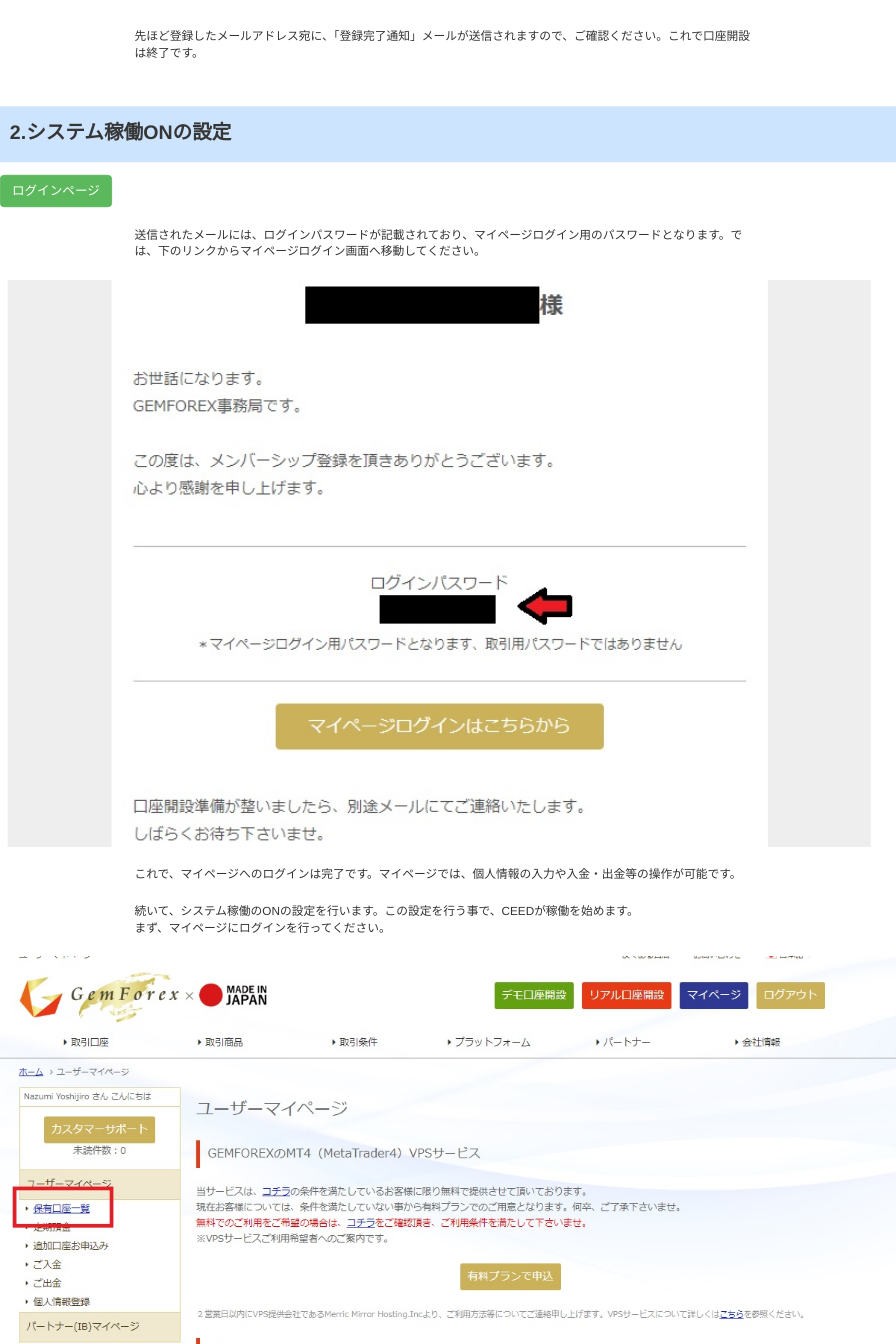
Repository: kkttuu1013/ProjectCeed
Page: http://localhost/start
The author's editor kept a record of every edit. The page is drawn from the files as they stood at one moment, then again after the next edit.
The browser window is 1280 px wide. The pictures show the part of the page from y = 2577 to 4497 px (the page is 11575 px tall before and 11511 px after), at 70% of full size.
Some web libraries are served in a nearby version. The page is served by the project's Node server (server.js).

Above is the page before.
Console error: ReferenceError: jQuery is not defined

After the next edit:
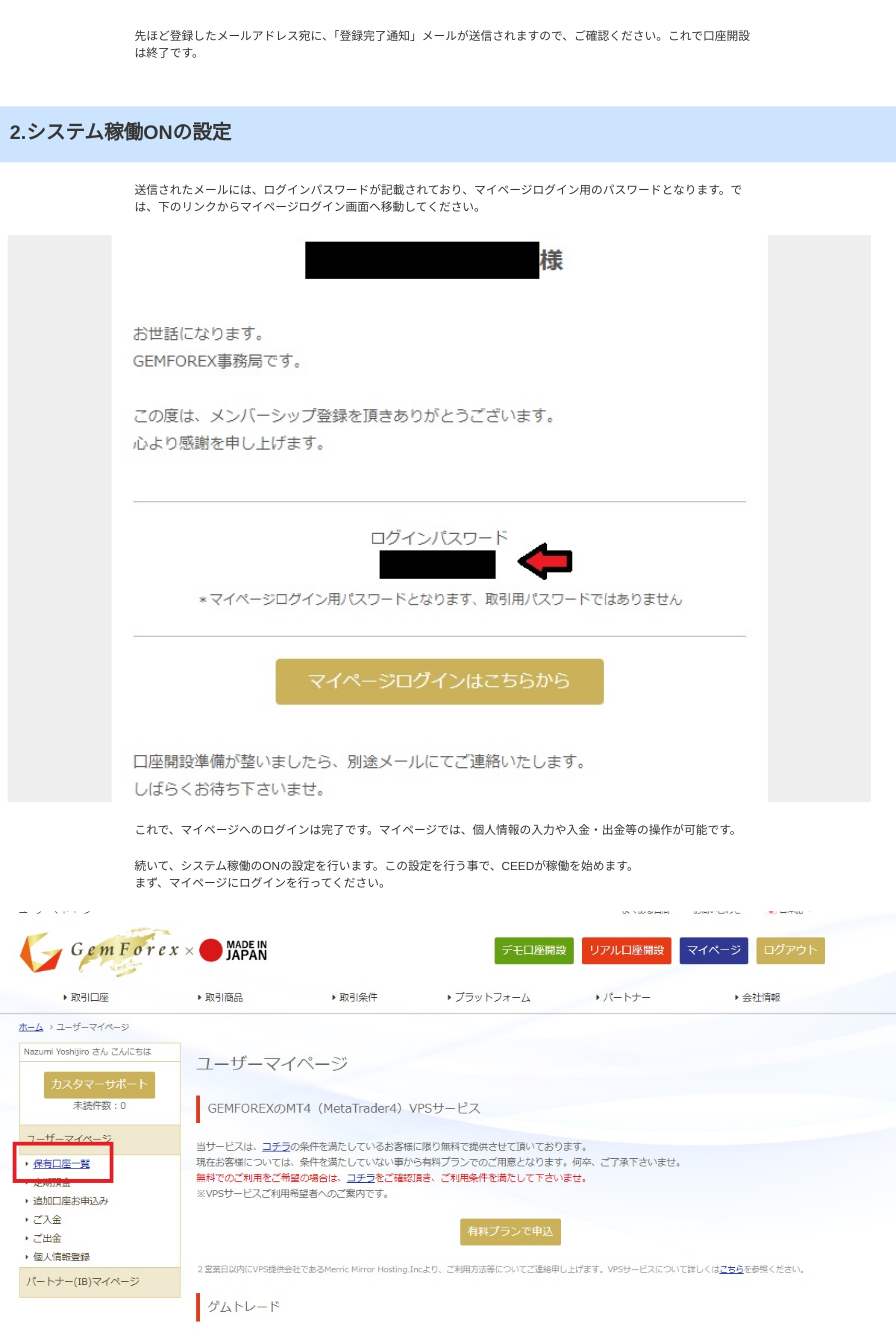
The edit:
--- a/views/start.ejs
+++ b/views/start.ejs
@@ -79,9 +79,7 @@
     <strong>2.システム稼働ONの設定</strong><br>
     </p>
     </div>
-    <a href='https://gforex.asia/login.php'>
-    <button type="button" class="btn btn-lg btn-success mgtop">ログインページ</button>
-    </a>
+
       <div class="wrapper4">
     <p class="txt">
     送信されたメールには、ログインパスワードが記載されており、マイページログイン用のパスワードとなります。では、下のリンクからマイページログイン画面へ移動してください。
